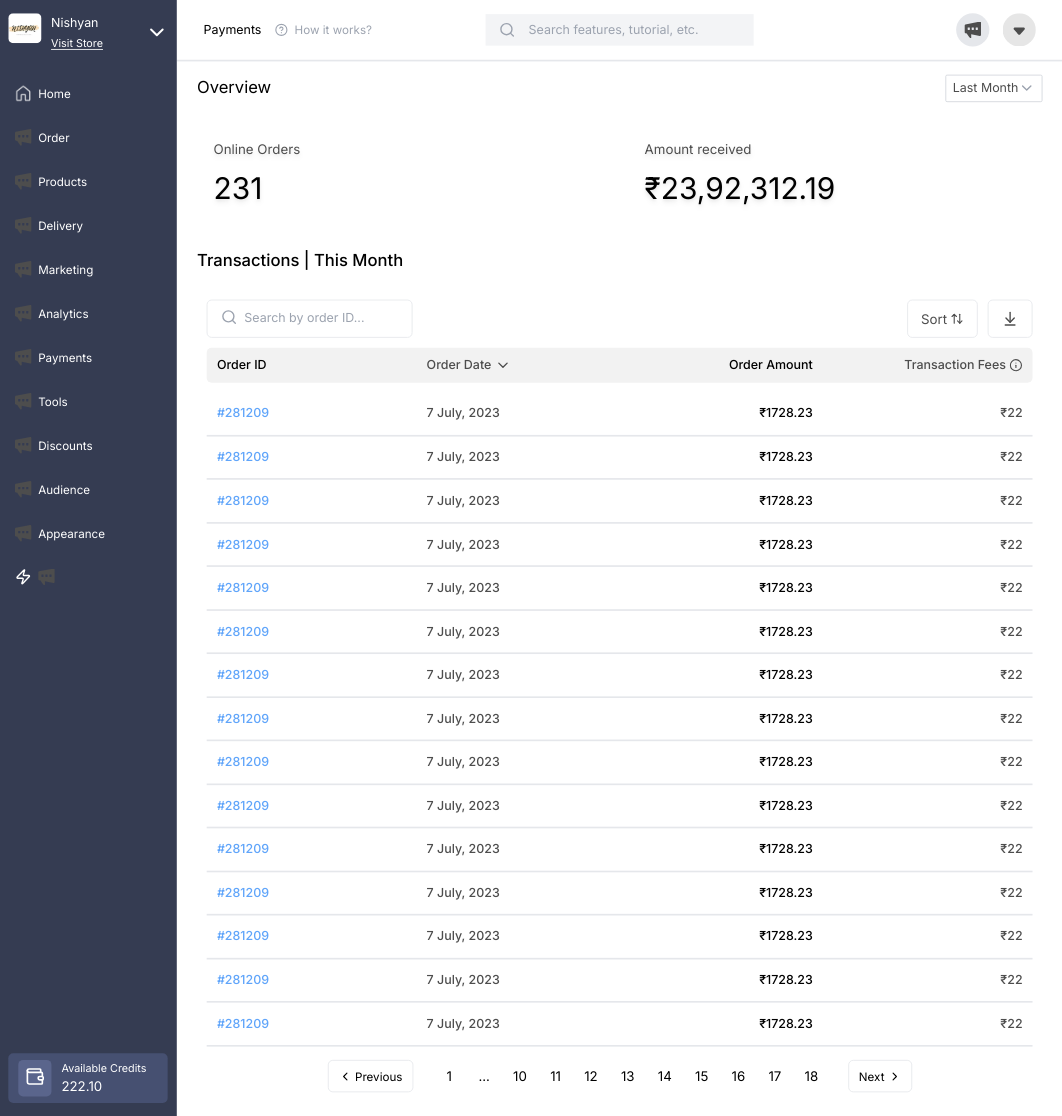
Repository: SubhamBnk/dukaan-task
Page: /
An editor plug-in stored every save of this project. The page is shown before and after the next save, followed by the edit.
The browser window is 1280 px wide. The pictures show the whole page, at 83% of full size.
The project was rebuilt for these pictures with package versions that can differ from the ones it lists, and the page was loaded fresh each time. The framework's server and built-in components were replaced by stand-ins that run in the browser. Also part of the build but not shown: next.config.js.

Above is the page before, as saved 2024-01-09 20:40:50.

After the next save:
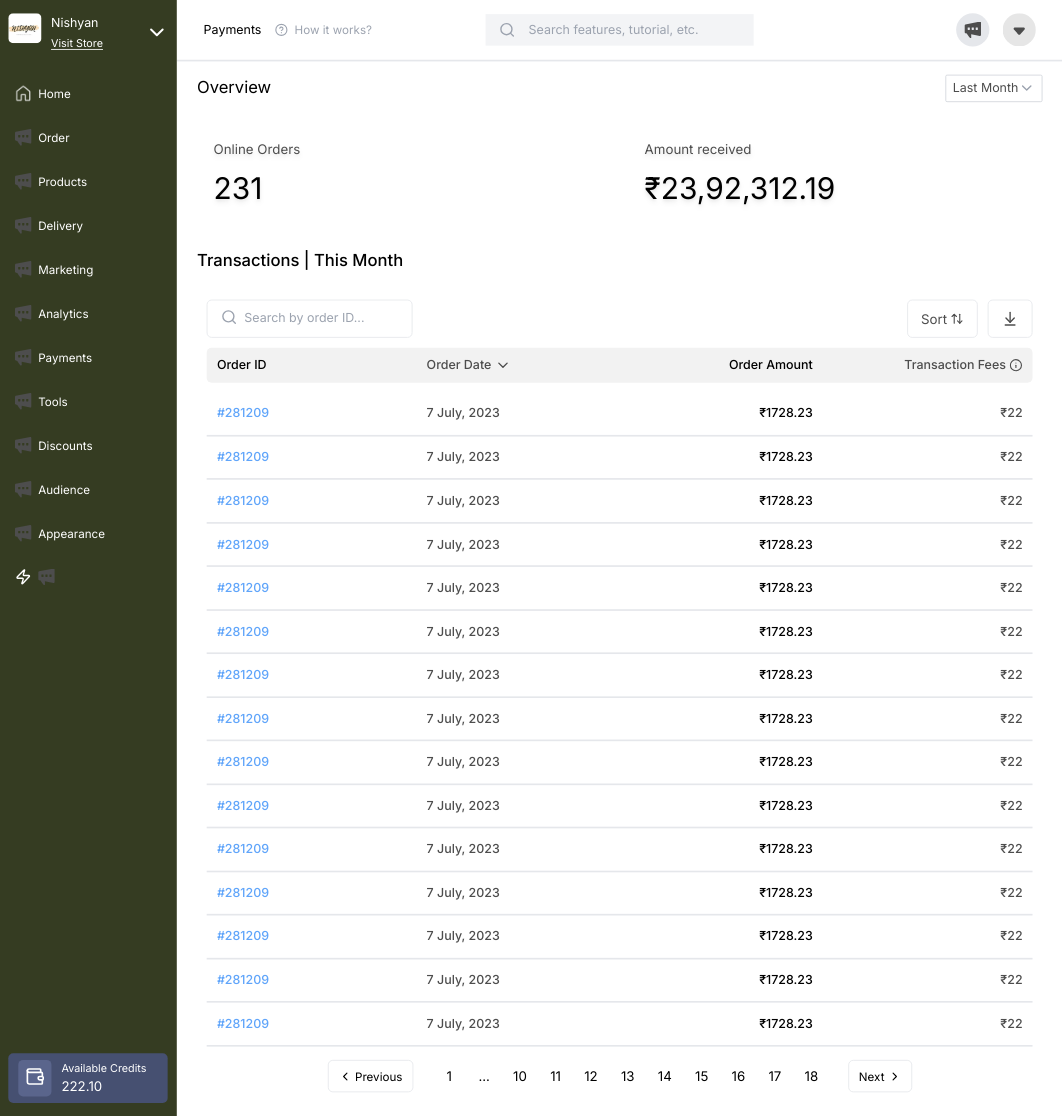
Saved 10 s later.
--- a/src/app/page.tsx
+++ b/src/app/page.tsx
@@ -11,7 +11,7 @@ export default function Home() {
 
   return (
     <div className='grid grid-cols-6 bg-white '>
-      <div className='bg-[#353C52] h-100 px-2.5 py-4 text-white relative'>
+      <div className='bg-[#353C22] h-100 px-2.5 py-4 text-white relative'>
           {/* Logo and Name */}
           <div className='flex gap-3'>
             <div>
